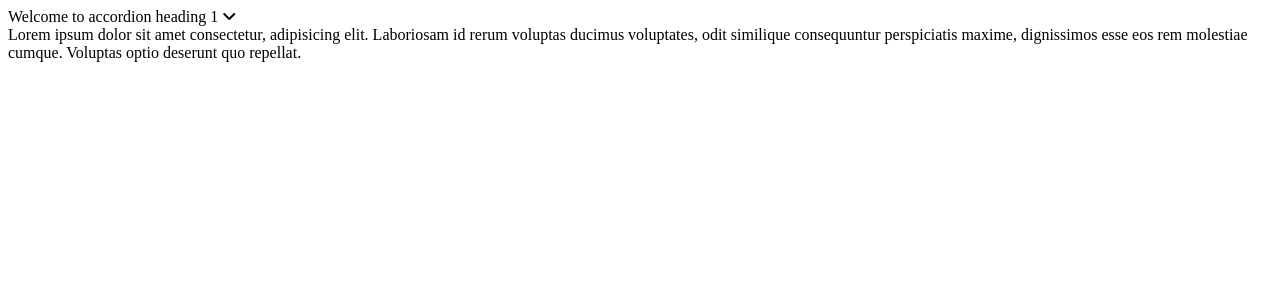
Repository: tungts3qb/Javascript
Page: accordion.html
These files come from the project's save history. The page is drawn as it stood at one moment and after the next save; the edit follows.
The browser window is 1280 px wide. The pictures show the whole page.

Above is the page before, as saved 2022-12-26 00:06:01.

### accordion.html
<!DOCTYPE html>
<html lang="en">
  <head>
    <meta charset="UTF-8" />
    <meta http-equiv="X-UA-Compatible" content="IE=edge" />
    <meta name="viewport" content="width=device-width, initial-scale=1.0" />
    <link
      rel="stylesheet"
      href="https://cdnjs.cloudflare.com/ajax/libs/font-awesome/6.2.1/css/all.min.css"
      integrity="sha512-MV7K8+y+gLIBoVD59lQIYicR65iaqukzvf/nwasF0nqhPay5w/9lJmVM2hMDcnK1OnMGCdVK+iQrJ7lzPJQd1w=="
      crossorigin="anonymous"
      referrerpolicy="no-referrer"
    />
    <title>Accordiion</title>
  </head>
  <body>
    <div class="accordion">
      <div class="accordion-header">
        <span>Welcome to accordion heading 1</span>
        <i class="fa fa-angle-down"></i>
      </div>
      <div class="accordion-content">
        <div class="accordion-content-inner">
          Lorem ipsum dolor sit amet consectetur, adipisicing elit. Laboriosam
          id rerum voluptas ducimus voluptates, odit similique consequuntur
          perspiciatis maxime, dignissimos esse eos rem molestiae cumque.
          Voluptas optio deserunt quo repellat.
        </div>
      </div>
    </div>
  </body>
</html>

After the next save:
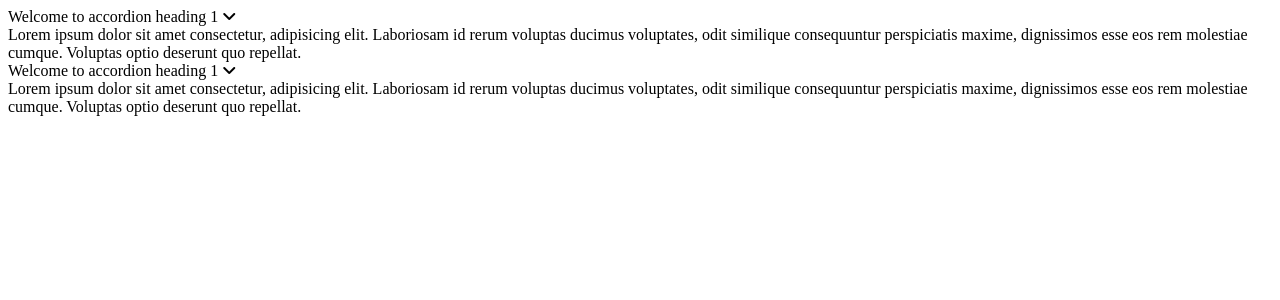
Saved 2 min 48 s later.
--- a/accordion.html
+++ b/accordion.html
@@ -28,5 +28,20 @@
         </div>
       </div>
     </div>
+
+    <div class="accordion">
+      <div class="accordion-header">
+        <span>Welcome to accordion heading 1</span>
+        <i class="fa fa-angle-down"></i>
+      </div>
+      <div class="accordion-content">
+        <div class="accordion-content-inner">
+          Lorem ipsum dolor sit amet consectetur, adipisicing elit. Laboriosam
+          id rerum voluptas ducimus voluptates, odit similique consequuntur
+          perspiciatis maxime, dignissimos esse eos rem molestiae cumque.
+          Voluptas optio deserunt quo repellat.
+        </div>
+      </div>
+    </div>
   </body>
 </html>
